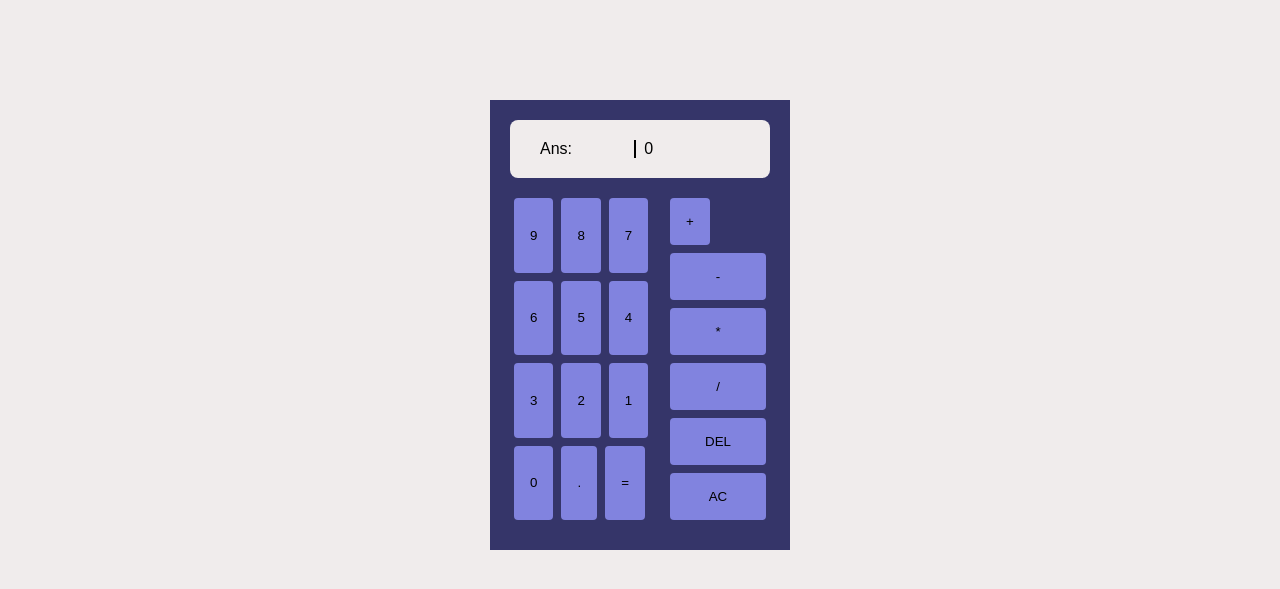
Repository: Bishek666/simple-calculator
Page: /
These files come from the project's save history. The page is drawn as it stood at one moment and after the next save; the edit follows.
The browser window is 1280 px wide. The pictures show the whole page.
The project was rebuilt for these pictures with package versions that can differ from the ones it lists, and the page was loaded fresh each time.

Above is the page before, as saved 2021-10-26 16:54:30.

After the next save:
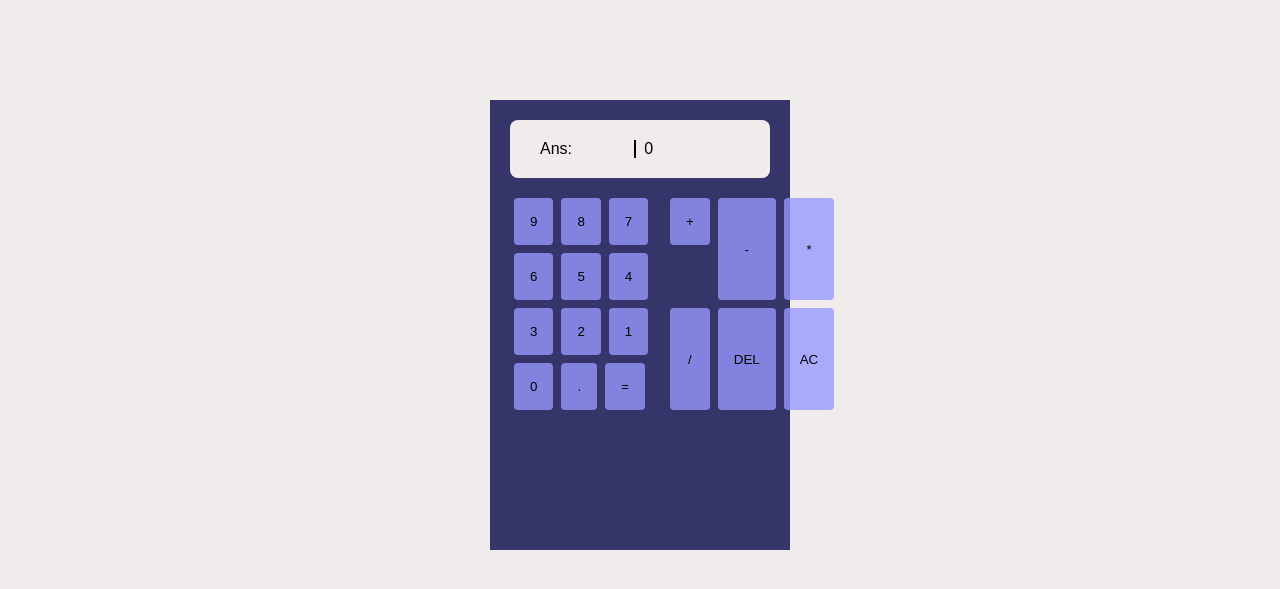
Saved 58 s later.
--- a/src/index.css
+++ b/src/index.css
@@ -71,5 +71,6 @@ button {
 
 .operators {
     display: grid;
+    grid-template-columns: repeat(3, 1fr);
     width: 40%;
 }
